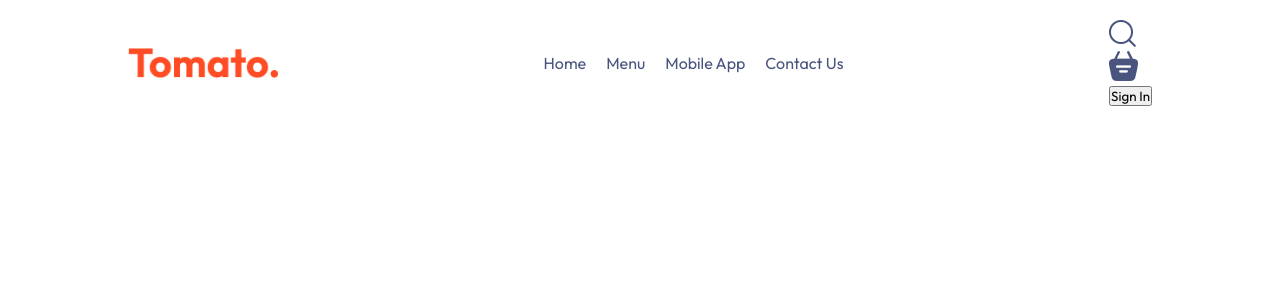
Repository: Attar786/Food-ordering-app
Page: / (app in frontend/)
An editor plug-in stored every save of this project. The page is shown before and after the next save, followed by the edit.
The browser window is 1280 px wide. The pictures show the whole page.
The project was rebuilt for these pictures with package versions that can differ from the ones it lists, and the page was loaded fresh each time. Also part of the build but not shown: frontend/vite.config.js.

Above is the page before, as saved 2024-07-12 19:31:39.

### frontend/src/App.jsx
import './index.css'
import Navbar from "./components/Navbar/Navbar"


function App() {

  return (
    <>

  <div className='app'>
  <Navbar/>

  </div>
    </>
  )
}

export default App

### frontend/src/index.css
@import url('https://fonts.googleapis.com/css2?family=Outfit:wght@100..900&display=swap');


*{
margin: 0;
padding: 0;
 box-sizing: border-box;
 font-family: outfit;
}
body{
height: 100vh;
}
a{
text-decoration: none;
color : inherit;
}
.app{
    width: 80%;
    margin: auto;
}

### frontend/src/components/Navbar/Navbar.jsx
import './Navbar.css'
import {assets} from '../../assets/assets'
const Navbar = () => {
  return (
    <div className = "Navbar">
        <img src={assets.logo} alt="Logo" className='logo' />
    <ul className='navbar-menu'>
        <li>Home</li>
        <li>Menu</li>
        <li>Mobile App</li>
        <li>Contact Us</li>
    </ul>
    <div className='navbar-right'>
        <img src={assets.search_icon} alt="search icon" />
        <div>
            <img src={assets.basket_icon} alt="icin" />
            <div className='dit'></div>
        </div>
        <button>Sign In</button>
    </div>
    </div>
  )
}

export default Navbar

### frontend/src/components/Navbar/Navbar.css
.Navbar{
    padding: 20px 0;
    display: flex;
    justify-content: space-between;
    align-items: center;
}
.Navbar .logo{
    width: 150px;
}
.navbar-menu{
    display: flex;
    list-style: none;
    gap: 20px;
    font: 18px;
    color: #49557e
}

### frontend/src/assets/assets.js
import basket_icon from './basket_icon.png'
import logo from './logo.png'
import header_img from './header_img.png'
import search_icon from './search_icon.png'
import menu_1 from './menu_1.png'
import menu_2 from './menu_2.png'
import menu_3 from './menu_3.png'
import menu_4 from './menu_4.png'
import menu_5 from './menu_5.png'
import menu_6 from './menu_6.png'
import menu_7 from './menu_7.png'
import menu_8 from './menu_8.png'

import food_1 from './food_1.png'
import food_2 from './food_2.png'
import food_3 from './food_3.png'
import food_4 from './food_4.png'
import food_5 from './food_5.png'
import food_6 from './food_6.png'
import food_7 from './food_7.png'
import food_8 from './food_8.png'
import food_9 from './food_9.png'
import food_10 from './food_10.png'
import food_11 from './food_11.png'
import food_12 from './food_12.png'
import food_13 from './food_13.png'
import food_14 from './food_14.png'
import food_15 from './food_15.png'
import food_16 from './food_16.png'
import food_17 from './food_17.png'
import food_18 from './food_18.png'
import food_19 from './food_19.png'
import food_20 from './food_20.png'
import food_21 from './food_21.png'
import food_22 from './food_22.png'
import food_23 from './food_23.png'
import food_24 from './food_24.png'
import food_25 from './food_25.png'
import food_26 from './food_26.png'
import food_27 from './food_27.png'
import food_28 from './food_28.png'
import food_29 from './food_29.png'
import food_30 from './food_30.png'
import food_31 from './food_31.png'
import food_32 from './food_32.png'

import add_icon_white from './add_icon_white.png'
import add_icon_green from './add_icon_green.png'
import remove_icon_red from './remove_icon_red.png'
import app_store from './app_store.png'
import play_store from './play_store.png'
import linkedin_icon from './linkedin_icon.png'
import facebook_icon from './facebook_icon.png'
import twitter_icon from './twitter_icon.png'
import cross_icon from './cross_icon.png'
import selector_icon from './selector_icon.png'
import rating_starts from './rating_starts.png'
import profile_icon from './profile_icon.png'
import bag_icon from './bag_icon.png'
import logout_icon from './logout_icon.png'
import parcel_icon from './parcel_icon.png'

export const assets = {
    logo,
    basket_icon,
    header_img,
    search_icon,
    rating_starts,
    add_icon_green,
    add_icon_white,
    remove_icon_red,
    app_store,
    play_store,
    linkedin_icon,
    facebook_icon,
    twitter_icon,
    cross_icon,
    selector_icon,
    profile_icon,
    logout_icon,
    bag_icon,
    parcel_icon
}

export const menu_list = [
    {
        menu_name: "Salad",
        menu_image: menu_1
    },
    {
        menu_name: "Rolls",
        menu_image: menu_2
    },
    {
        menu_name: "Deserts",
        menu_image: menu_3
    },
    {
        menu_name: "Sandwich",
        menu_image: menu_4
    },
    {
        menu_name: "Cake",
        menu_image: menu_5
    },
    {
        menu_name: "Pure Veg",
        menu_image: menu_6
    },
    {
        menu_name: "Pasta",
        menu_image: menu_7
    },
    {
        menu_name: "Noodles",
        menu_image: menu_8
    }]

export const food_list = [
    {
        _id: "1",
        name: "Greek salad",
        image: food_1,
        price: 12,
        description: "Food provides essential nutrients for overall health and well-being",
        category: "Salad"
    },
    {
        _id: "2",
        name: "Veg salad",
        image: food_2,
        price: 18,
        description: "Food provides essential nutrients for overall health and well-being",
        category: "Salad"
    }, {
        _id: "3",
        name: "Clover Salad",
        image: food_3,
        price: 16,
        description: "Food provides essential nutrients for overall health and well-being",
        category: "Salad"
    }, {
        _id: "4",
        name: "Chicken Salad",
        image: food_4,
        price: 24,
        description: "Food provides essential nutrients for overall health and well-being",
        category: "Salad"
    }, {
        _id: "5",
        name: "Lasagna Rolls",
        image: food_5,
        price: 14,
        description: "Food provides essential nutrients for overall health and well-being",
        category: "Rolls"
    }, {
        _id: "6",
        name: "Peri Peri Rolls",
        image: food_6,
        price: 12,
        description: "Food provides essential nutrients for overall health and well-being",
        category: "Rolls"
    }, {
        _id: "7",
        name: "Chicken Rolls",
        image: food_7,
        price: 20,
        description: "Food provides essential nutrients for overall health and well-being",
        category: "Rolls"
    }, {
        _id: "8",
        name: "Veg Rolls",
        image: food_8,
        price: 15,
        description: "Food provides essential nutrients for overall health and well-being",
        category: "Rolls"
    }, {
        _id: "9",
        name: "Ripple Ice Cream",
        image: food_9,
        price: 14,
        description: "Food provides essential nutrients for overall health and well-being",
        category: "Deserts"
    }, {
        _id: "10",
        name: "Fruit Ice Cream",
        image: food_10,
        price: 22,
        description: "Food provides essential nutrients for overall health and well-being",
        category: "Deserts"
    }, {
        _id: "11",
        name: "Jar Ice Cream",
        image: food_11,
        price: 10,
        description: "Food provides essential nutrients for overall health and well-being",
        category: "Deserts"
    }, {
        _id: "12",
        name: "Vanilla Ice Cream",
        image: food_12,
        price: 12,
        description: "Food provides essential nutrients for overall health and well-being",
        category: "Deserts"
    },
    {
        _id: "13",
        name: "Chicken Sandwich",
        image: food_13,
        price: 12,
        description: "Food provides essential nutrients for overall health and well-being",
        category: "Sandwich"
    },
    {
        _id: "14",
        name: "Vegan Sandwich",
        image: food_14,
        price: 18,
        description: "Food provides essential nutrients for overall health and well-being",
        category: "Sandwich"
    }, {
        _id: "15",
        name: "Grilled Sandwich",
        image: food_15,
        price: 16,
        description: "Food provides essential nutrients for overall health and well-being",
        category: "Sandwich"
    }, {
        _id: "16",
        name: "Bread Sandwich",
        image: food_16,
        price: 24,
        description: "Food provides essential nutrients for overall health and well-being",
        category: "Sandwich"
    }, {
        _id: "17",
        name: "Cup Cake",
        image: food_17,
        price: 14,
        description: "Food provides essential nutrients for overall health and well-being",
        category: "Cake"
    }, {
        _id: "18",
        name: "Vegan Cake",
        image: food_18,
        price: 12,
        description: "Food provides essential nutrients for overall health and well-being",
        category: "Cake"
    }, {
        _id: "19",
        name: "Butterscotch Cake",
        image: food_19,
        price: 20,
        description: "Food provides essential nutrients for overall health and well-being",
        category: "Cake"
    }, {
        _id: "20",
        name: "Sliced Cake",
        image: food_20,
        price: 15,
        description: "Food provides essential nutrients for overall health and well-being",
        category: "Cake"
    }, {
        _id: "21",
        name: "Garlic Mushroom ",
        image: food_21,
        price: 14,
        description: "Food provides essential nutrients for overall health and well-being",
        category: "Pure Veg"
    }, {
        _id: "22",
        name: "Fried Cauliflower",
        image: food_22,
        price: 22,
        description: "Food provides essential nutrients for overall health and well-being",
        category: "Pure Veg"
    }, {
        _id: "23",
        name: "Mix Veg Pulao",
        image: food_23,
        price: 10,
        description: "Food provides essential nutrients for overall health and well-being",
        category: "Pure Veg"
    }, {
        _id: "24",
        name: "Rice Zucchini",
        image: food_24,
        price: 12,
        description: "Food provides essential nutrients for overall health and well-being",
        category: "Pure Veg"
    },
    {
        _id: "25",
        name: "Cheese Pasta",
        image: food_25,
        price: 12,
        description: "Food provides essential nutrients for overall health and well-being",
        category: "Pasta"
    },
    {
        _id: "26",
        name: "Tomato Pasta",
        image: food_26,
        price: 18,
        description: "Food provides essential nutrients for overall health and well-being",
        category: "Pasta"
    }, {
        _id: "27",
        name: "Creamy Pasta",
        image: food_27,
        price: 16,
        description: "Food provides essential nutrients for overall health and well-being",
        category: "Pasta"
    }, {
        _id: "28",
        name: "Chicken Pasta",
        image: food_28,
        price: 24,
        description: "Food provides essential nutrients for overall health and well-being",
        category: "Pasta"
    }, {
        _id: "29",
        name: "Buttter Noodles",
        image: food_29,
        price: 14,
        description: "Food provides essential nutrients for overall health and well-being",
        category: "Noodles"
    }, {
        _id: "30",
        name: "Veg Noodles",
        image: food_30,
        price: 12,
        description: "Food provides essential nutrients for overall health and well-being",
        category: "Noodles"
    }, {
        _id: "31",
        name: "Somen Noodles",
        image: food_31,
        price: 20,
        description: "Food provides essential nutrients for overall health and well-being",
        category: "Noodles"
    }, {
        _id: "32",
        name: "Cooked Noodles",
        image: food_32,
        price: 15,
        description: "Food provides essential nutrients for overall health and well-being",
        category: "Noodles"
    }
]

Loaded but not shown: frontend/index.html (common file); frontend/src/main.jsx (common file)

After the next save:
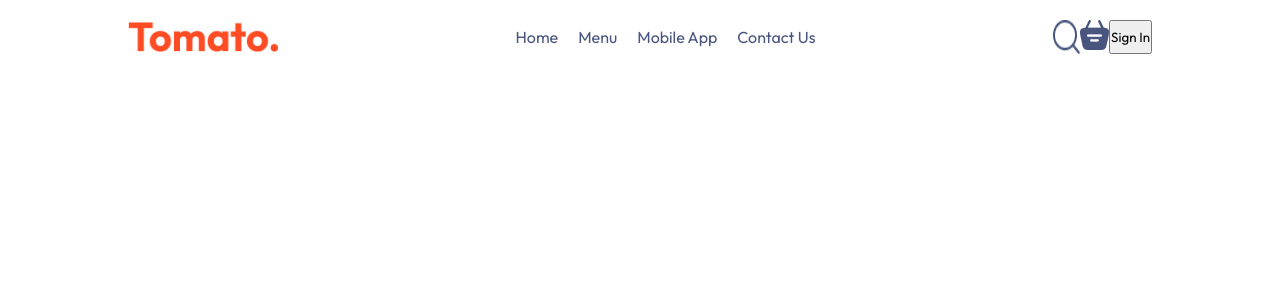
Saved 57 s later.
--- a/frontend/src/components/Navbar/Navbar.css
+++ b/frontend/src/components/Navbar/Navbar.css
@@ -14,3 +14,6 @@
     font: 18px;
     color: #49557e
 }
+.navbar-right{
+    display: flex;
+}
